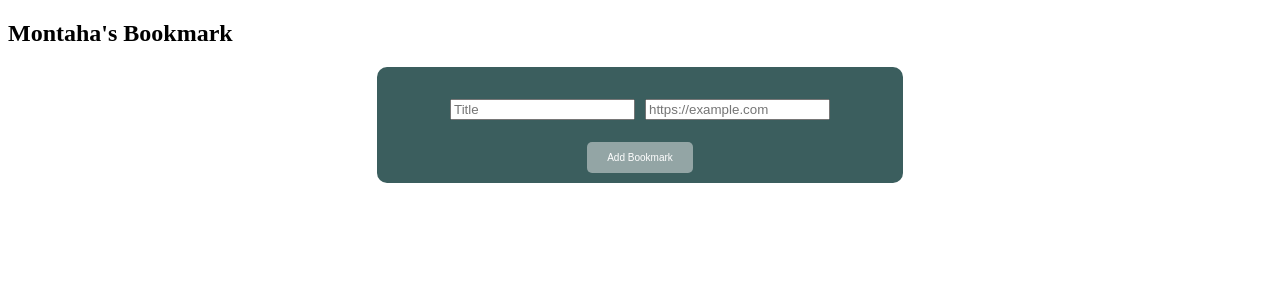
Repository: eidimontaha18-maker/finalproject
Page: index.html
The author's editor kept a copy of each file at every save. The page is drawn from the files as they stood at one save, then again after a run of saves.
The browser window is 1280 px wide. The pictures show the whole page.

Above is the page before, as saved 2025-11-25 23:26:19.

### index.html
<!DOCTYPE html>
<html lang="en">
<head>
    <meta charset="UTF-8">
    <meta name="viewport" content="width=device-width, initial-scale=1.0">
    <title>Montaha's Bookmark</title>
    <link rel="stylesheet" href="style.css">
</head>
<body>
    <nav>
        <h1>Montaha's Bookmark</h1>
    </nav>

    <main>
        <div class="addbookmark">
            <input type="text" placeholder="Title" />
            <input type="text" placeholder="https://example.com" />
            <br>
            <button id="addbtn">Add Bookmark</button>
        </div>
    </main>

</body>
</html>

### style.css
.addbookmark{
    background-color: rgb(59, 94, 94);
    padding: 10px;
    width: 40%;
    margin: auto;
    border-radius: 10px;
    text-align: center;
    font-size: 40px;
}
#addbtn{
    background-color: rgb(147, 165, 165);
    color: white;
    padding: 10px 20px;
    border: none;
    border-radius: 5px;
    font-size: 10px;
    cursor: pointer;
}

After the next 2 saves:
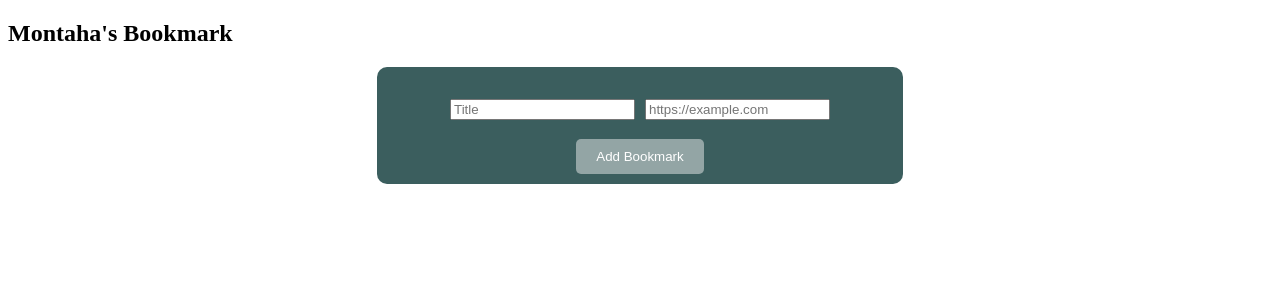
The 2 saves are shown as one change because they came seconds apart.
The last was saved 10 s later.
--- a/style.css
+++ b/style.css
@@ -13,6 +13,6 @@
     padding: 10px 20px;
     border: none;
     border-radius: 5px;
-    font-size: 10px;
+    font-size: 15px0px;
     cursor: pointer;
 }
